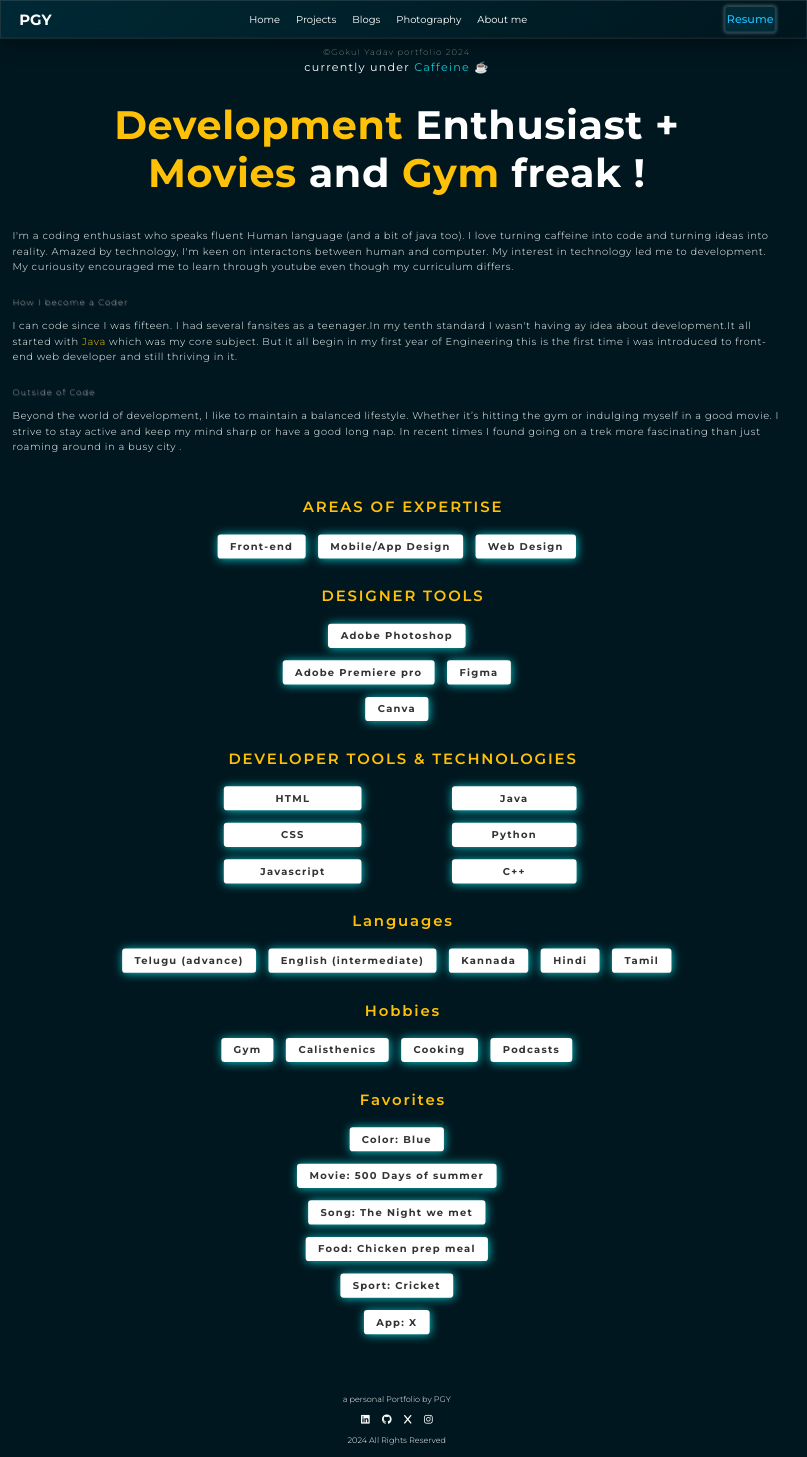
Repository: pgyunknown/pgyunknown
Page: aboutme.html
These files come from the project's save history. The page is drawn as it stood at one moment and after the next save; the edit follows.
The browser window is 1280 px wide. The page is 1302 px wide, so the pictures cover 1302 px, including what lies to the right of the window. The pictures show the whole page, at 62% of full size.
Some web libraries are served in a nearby version.

Above is the page before, as saved 2024-08-25 14:58:30.

After the next save:
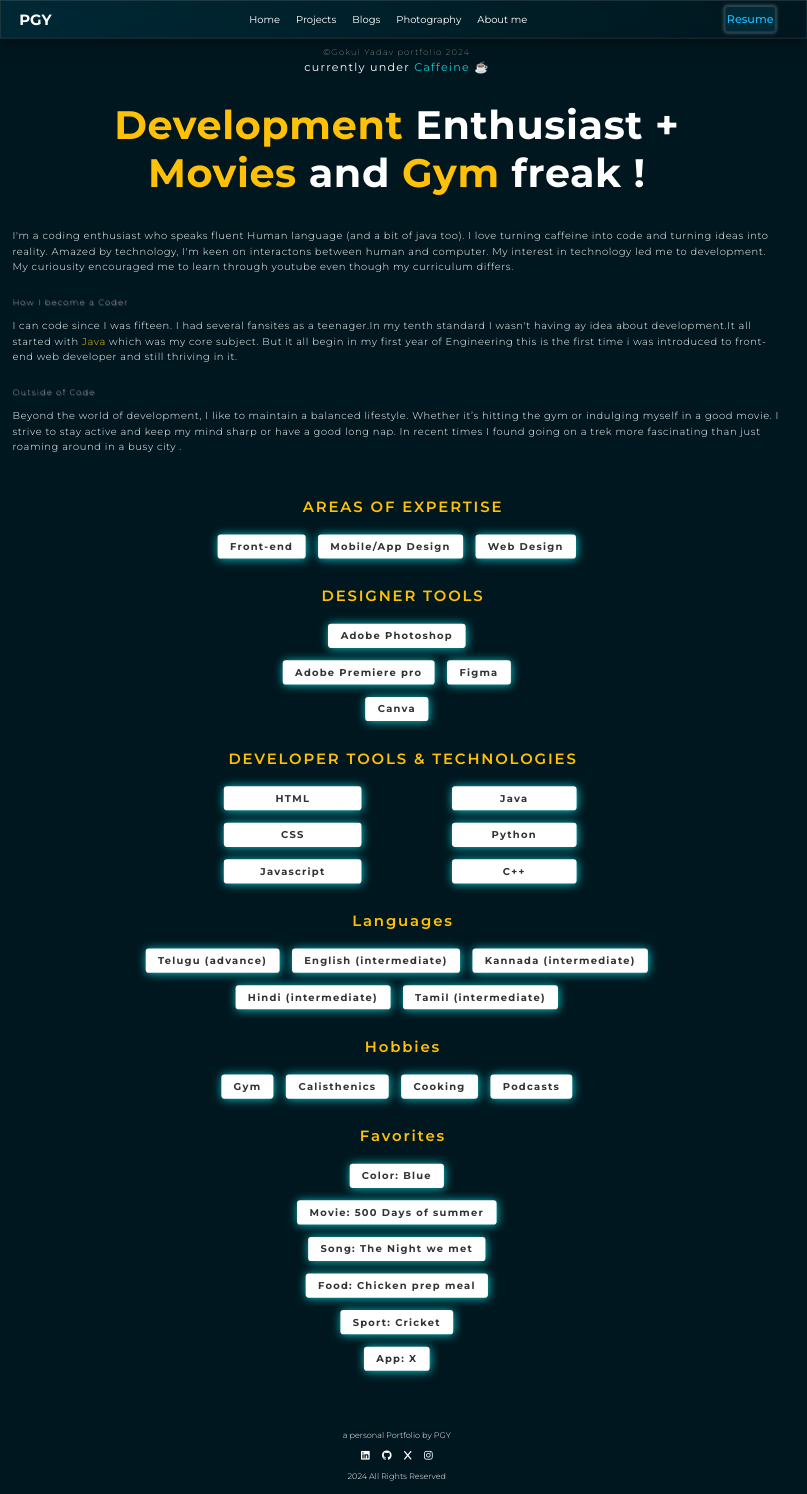
Saved 11 s later.
--- a/aboutme.html
+++ b/aboutme.html
@@ -111,9 +111,9 @@
             <ul>
                     <li>Telugu <span>(advance)</span></li>
                     <li>English <span>(intermediate)</span></li>
-                    <li>Kannada <span></span></li>
-                    <li>Hindi <span></span></li>
-                    <li>Tamil <span></span></li>
+                    <li>Kannada <span>(intermediate)</span></li>
+                    <li>Hindi <span>(intermediate)</span></li>
+                    <li>Tamil <span>(intermediate)</span></li>
             </ul>
         </div><br><br>
 
